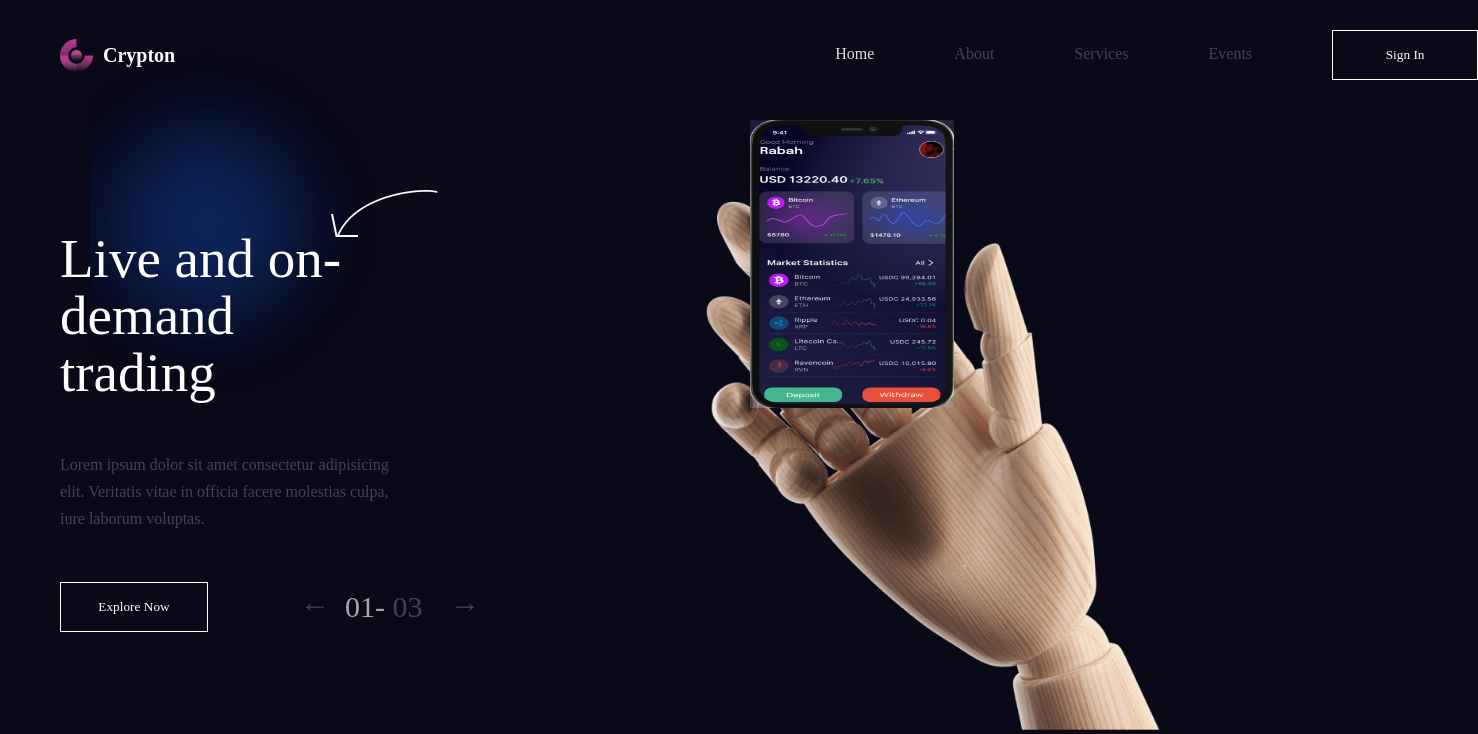
Repository: isaacCodes1/Crypton-Website
Page: index.html
An editor plug-in stored every save of this project. The page is shown before and after the next save, followed by the edit.
The browser window is 1280 px wide. The page is 1478 px wide, so the pictures cover 1478 px, including what lies to the right of the window. The pictures show the whole page.

Above is the page before, as saved 2024-05-14 21:00:35.

### index.html
<!DOCTYPE html>
<html lang="en">
  <head>
    <meta charset="UTF-8" />
    <meta name="viewport" content="width=device-width, initial-scale=1.0" />
    <link rel="stylesheet" href="style.css" />
    <title>Crypton HomePage</title>
  </head>
  <body>
    <header>
      <nav>
        <div class="headerGen">
          <div class="logo">
            <img class="logoImage" src="/Assets/Group 605.png" alt="" />
            <p class="logoText">Crypton</p>
            <ul>
              <li>Home</li>
              <li style="color: #d6d5d54a">About</li>
              <li style="color: #d6d5d54a">Services</li>
              <li style="color: #d6d5d54a">Events</li>
              <button class="sign">Sign In</button>
            </ul>
          </div>
        </div>
      </nav>
    </header>
    <section>
      <div class="firstSectionGeneral">
        <div class="liveTexts">
          <h1 class="liveText"><span><img class="shadow" src="/Assets/shadow.png" alt=""></span><span><img class="arrow" src="/Assets/Arrow_03.png" alt=""></span>Live and on-demand trading</h1>
          <p class="lorem">
            Lorem ipsum dolor sit amet consectetur adipisicing elit. Veritatis
            vitae in officia facere molestias culpa, iure laborum voluptas.
          </p>
          <button class="explore">Explore Now</button>
          <span class="rArrow">&#8592;</span>
          <p class="innerP">01- <span class="theBrownNumber">03</span></p>
          <span class="lArrow">&#8594;</span>
        </div>
      </div>
    </section>
    <section>
      <div class="handDiv">
        <div class="woodenHand">
          <img class="wood" src="/Assets/rabat.png
          " alt="">
          <img class="hand" src="/Assets/Hand.png" alt="">
        </div>
      </div>
    </section>
  </body>
</html>

### style.css
    * {
    margin: 0;
    padding: 0;
    box-sizing: border-box;
    font-family: "poppins";
    }
body{
    background-color: rgb(9, 9, 24);
}
/* NavBar */
.logo {
    display: flex;
    align-items: center;
    gap: 10px;
    padding-top: 30px;
    margin-left: 60px;
    margin-bottom: 150px;
    cursor: pointer;
}
.logoText{
    font-size: 20px;
    color: #fff;
    margin-right: 650px;
    font-weight: 600;
}
.logo ul{
    display: flex;
    color: #dedcdc;
    list-style: none;
    gap: 80px;
    display: flex;
    align-items: center;
    cursor: pointer;
}
    .logo ul li {
        list-style: none;
        display: inline-block;
        /* padding: 8px 12px; */
        position: relative;
    }
    .logo ul li::after {
        content: "";
        width: 0%;
        height: 2px;
        background: #fff;
        display: block;
        margin: auto;
        transition: 0.5s;
    }
    .logo ul li:hover::after {
        width: 70%;
    }

.sign{
    width: 146px;
    height: 50px;
    border: 1px solid #fff;
    background: transparent;
    color: #fff;
    cursor: pointer;
}
/* Landing Page */
.liveTexts{
    /* display: flex; */
}
.liveText{
    display: flex;
    flex-direction: column;
    font-size: 55px;
    width: 340px;
    line-height: 57px;
    color: #fff;
    margin-left: 60px;
    font-weight: normal;
    margin-bottom: 50px;
}
.shadow{
    width: 25%;
    position: absolute;
    top: 20px;
    left: 90px;
    z-index: -1;
}
.lorem{
    color: #d6d5d54a;
    width: 27%;
    margin-left: 60px;
    line-height: 27px;
    margin-bottom: 50px;
}
.explore{
    margin-left: 60px;
    width: 148px;
    height: 50px;
    background: transparent;
    color: #fff;
    border: 1px solid #fff;
}
.arrow{
    position: absolute;
    top: 120px;
    left: 290px;
}
.rArrow{
    position: absolute;
    font-size: 30px;
    top: 585px;
    left: 300px;
    margin-right: 200px;
    color: #d6d5d54a;
    display: flex;
    align-items: center;
}
.lArrow{
    position: absolute;
    font-size: 30px;
    top: 585px;
    left: 450px;
    color: #d6d5d54a;
    display: flex;
    align-items: center;
}
.innerP{
    position: absolute;
    left: 345px;
    top: 590px;
    color: #ffffffa4;
    font-size: 30px;
}
.theBrownNumber{
    color: #d6d5d54a;
}
/* Wooden Hand Image */
.handDiv{
    display: flex;
    position: absolute;
    top: 190px;
    right: 120px;
}
.hand{
    height: 75vh;
}
.wood{
    position: absolute;
    right: 206px;
    top: -70px;
    width: 45%;
    height: 40vh;
}

After the next save:
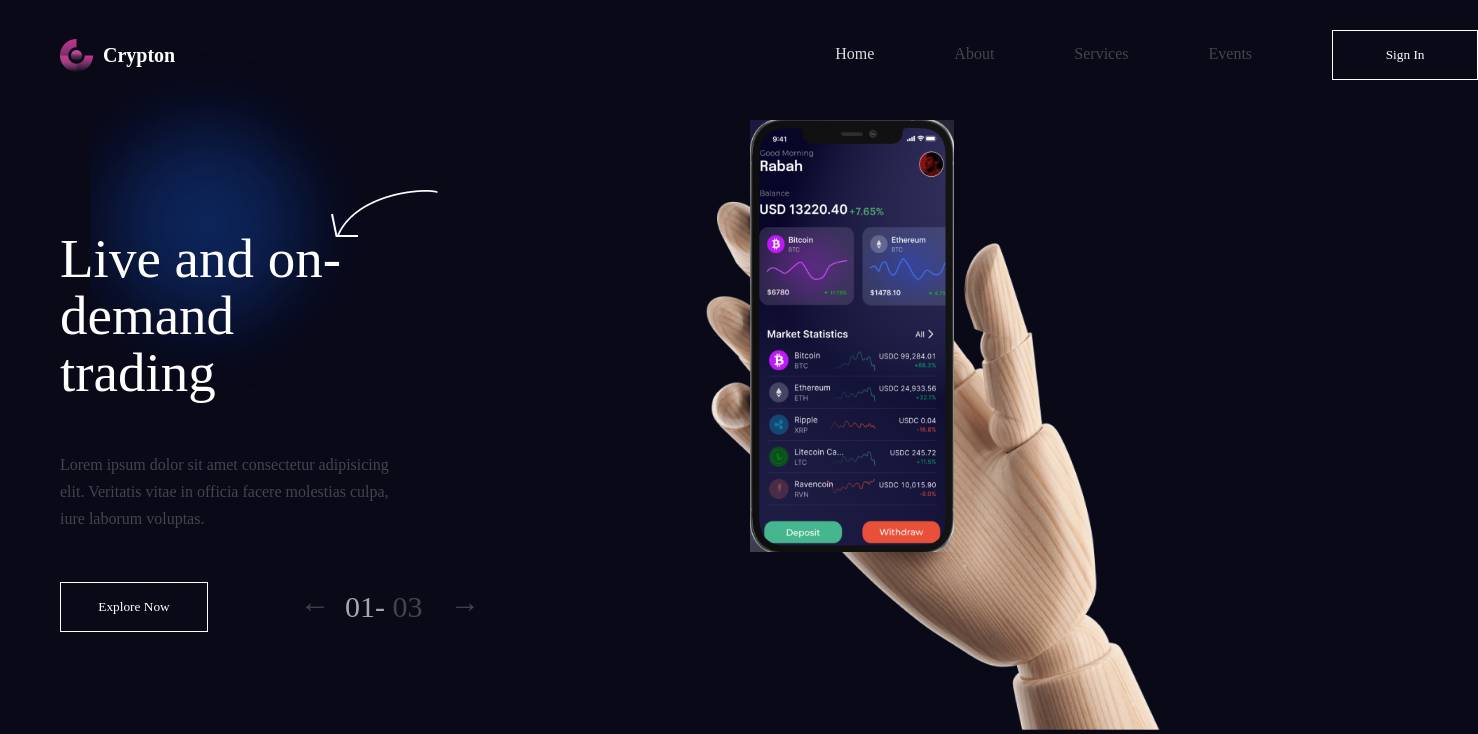
Saved 4 s later.
--- a/style.css
+++ b/style.css
@@ -145,5 +145,5 @@ body{
     right: 206px;
     top: -70px;
     width: 45%;
-    height: 40vh;
+    height: 60vh;
 }
